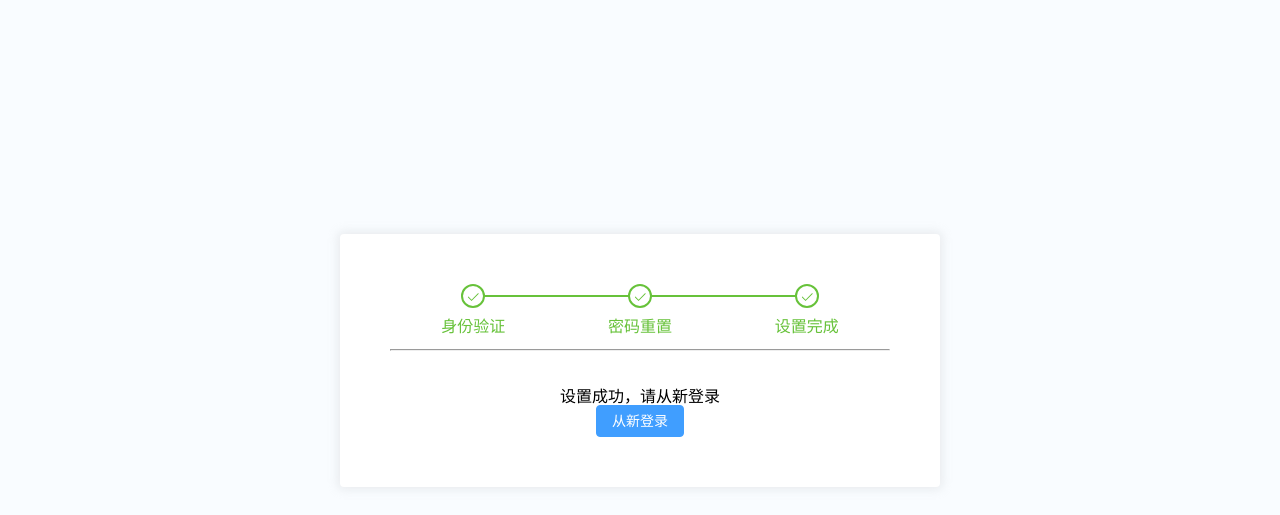
Repository: Harmony-camp/ckw-manager
Page: /#/ForgotPassword (app in manage/)
These files come from the project's save history. The page is drawn as it stood at one moment and after a run of saves; the edit follows.
The browser window is 1280 px wide. The pictures show the whole page.
The project was rebuilt for these pictures with package versions that can differ from the ones it lists, and the page was loaded fresh each time. Also part of the build but not shown: manage/vite.config.js.

Above is the page before, as saved 2023-05-27 11:33:08.

After the next 4 saves:
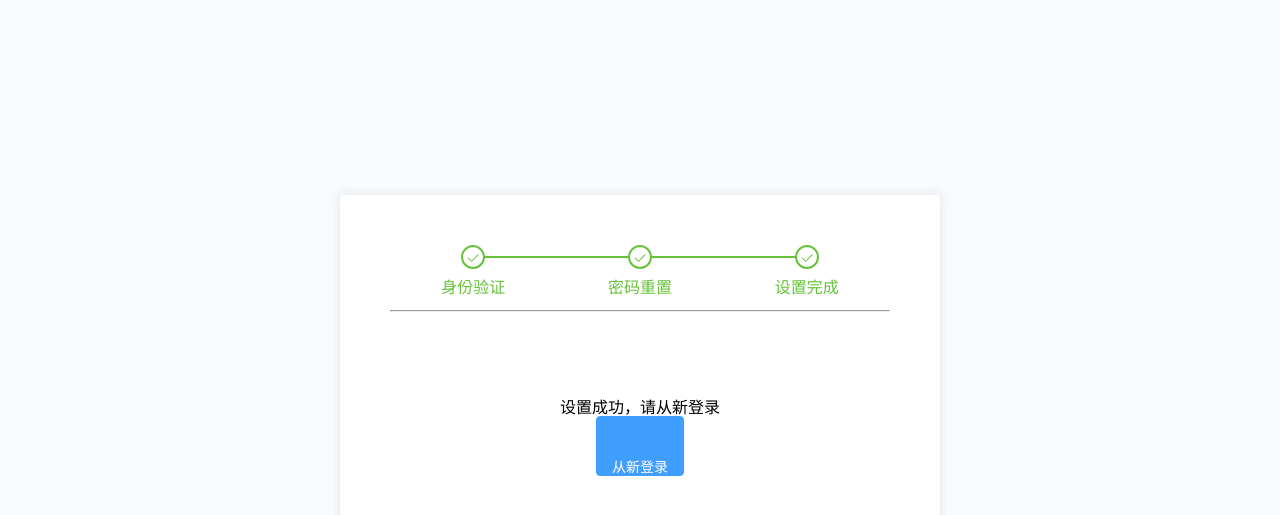
The 4 saves are shown as one change because they came seconds apart.
The last was saved 11 s later.
--- a/manage/src/views/login/ForgotPassword.vue
+++ b/manage/src/views/login/ForgotPassword.vue
@@ -111,6 +111,9 @@
         display: flex;
         justify-content: center;
         flex-direction: column;
+        >*{
+          padding-top: 50px;
+        }
       }
     }
 

After the save that followed:
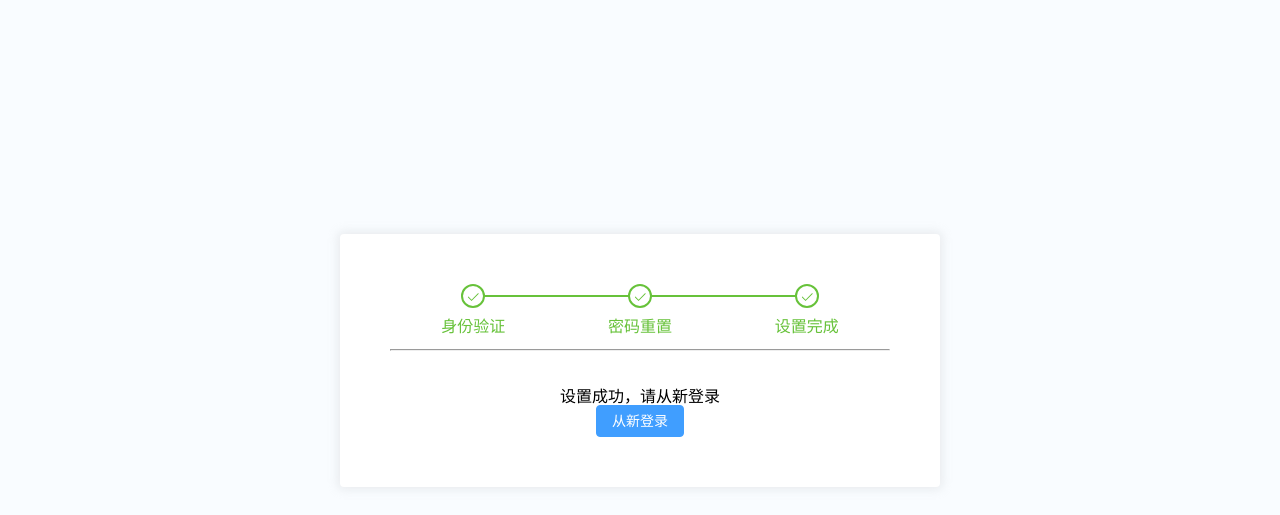
Saved 7 s later.
--- a/manage/src/views/login/ForgotPassword.vue
+++ b/manage/src/views/login/ForgotPassword.vue
@@ -111,8 +111,8 @@
         display: flex;
         justify-content: center;
         flex-direction: column;
-        >*{
-          padding-top: 50px;
+        >div{
+
         }
       }
     }
